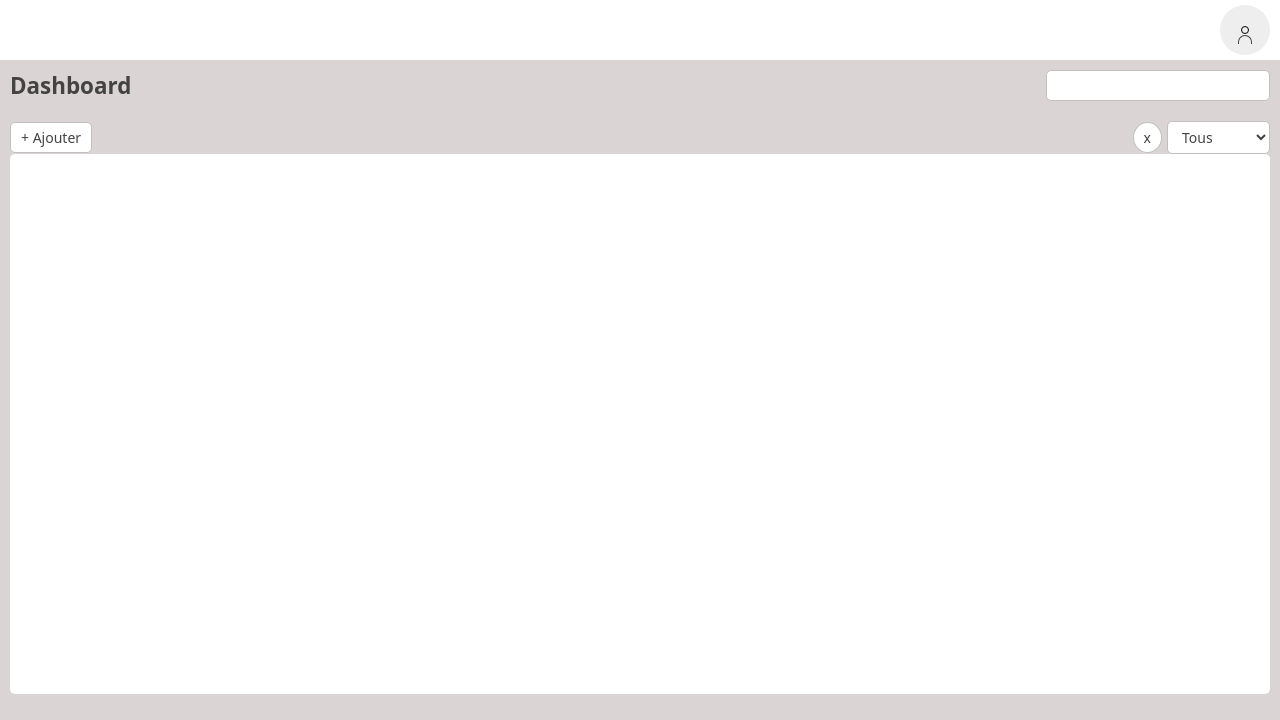
Repository: zpaulange/task_manager
Page: dashboard/index.html
An editor plug-in stored every save of this project. The page is shown before and after a run of saves, followed by the edit.
The browser window is 1280 px wide. The pictures show the whole page.

Above is the page before, as saved 2025-03-06 15:02:50.

### dashboard/index.html
<!DOCTYPE html>
<html lang="en">
<head>
    <meta charset="UTF-8">
    <meta name="viewport" content="width=device-width, initial-scale=1.0">
    <link rel="stylesheet" href="../assets/styles/dashboard/style.css">
    <title>Document</title>
</head>
<body>
  <section class="dashboard">
    <div class="dashboard_right">
      <nav class="dashbaord_nav">
        <a href="#" class="dashbaord_nav_avatar">
          <span></span>
        </a>
      </nav>
      <main class="main">
        <div class="main_header">
          <h1 class="main_header_title">Dashboard</h1>
          <input type="search" name="search" class=" main_header_search">
        </div>
        <div class="main_header_actions">
          <div class="main_header_actions_left">
            <button class="main_header_actions_btn">+ Ajouter</button>
          </div>
          <div class="main_header_actions_right">
            <button class="main_header_actions_right_btnDel">x</button>
            <select name="filter" class="main_header_actions_right_filter" id="">
              <option value="0">Tous</option>
              <option value="1">En cours</option>
              <option value="2">Annulés</option>
              <option value="3">Terminés</option>
            </select>
          </div>
        </div>
        <section class="box box-center">

        </section>
      </main>
    </div>
  </section>

</body>
</html>

### assets/styles/dashboard/style.css
*{
  margin:0;
  padding:0;
  box-sizing: border-box;
  position:relative;
  font-family: system-ui, sans-serif;
  font-size: 14px;
  color:#434343;
}
body{
  overflow-x: hidden;
}
a{
  text-decoration: none;
}
a:active, a:hover{
  color:#434343;
}
img{
  width: 100%;
  height: auto;
}
ul li{
  list-style: none;
}
input[type="search"],
input[type="text"],
input[type="date"]{
  padding:5px 10px;
  border-radius:5px;
  border:1px solid silver
}
input:focus, select:focus{
  outline: none;
}

.dashboard{
  min-height: 100vh;
  background-color: #dbd4d4;
}

.dashboard_right{
  min-height: 100vh;
}
.dashbaord_nav{
  background-color: #fff;
  padding:5px 10px;
  display: flex;
  align-items:center;
  justify-content: flex-end;
  z-index: 1000;
  position: sticky;
  top:0;
  left:0;
}
.dashbaord_nav_avatar{
  display: flex;
  align-items: center;
  justify-content: center;
  height:50px;
  width: 50px;
  border-radius:50%;
  background-color: #eee;

}
.dashbaord_nav_avatar span{
  display: inline-block;
  height: 8px;
  width: 8px;
  border-radius:50%;
  border:1px solid #000
}
.dashbaord_nav_avatar span:before{
  content:'';
  position: absolute;
  height: 8px;
  width: 12px;
  border:1px solid;
  left:50%;
  transform: translateX(-50%);
  top:8px;
  border-bottom: none;
  border-top-left-radius: 10px;
  border-top-right-radius: 10px;
}

.main{
  padding:10px;
}
.main_header_title{
  font-size: 1.6rem;
}
.box{
  min-height: calc(100vh - 180px);
  background-color: #fff;
  border-radius:5px;
  padding:10px;
}
.box.box-center{
  display: flex;
  align-items:center;
  justify-content: center;
}

.main_header{
  display: flex;
  justify-content: space-between;
  align-items:center;
  margin-bottom:20px;
}
.main_header_actions{
  display: flex;
  justify-content: space-between;
  align-items:center;
}
.main_header_actions_btn{
  padding:5px 10px;
  border-radius:5px;
  border:1px solid silver;
  background-color: #fff;
  cursor: pointer;
  transition: .2s;
}
.main_header_actions_btn:hover{
  background-color:blue;
  color:#fff;
}
.main_header_actions_right{
  display: flex;
  align-items:center;
  gap:5px;
}
.main_header_actions_right_btnDel{
  padding:5px 10px;
  border-radius:50%;
  border:1px solid silver;
  background-color: #fff;
  cursor: pointer;
  transition: .2s;
  cursor:pointer;
}
.main_header_actions_right_btnDel:hover{
  background-color:red;
  color:#fff;
}
.main_header_actions_right_filter{
  padding:5px 10px;
  border-radius:5px;
  border:1px solid silver;
  background-color: #fff;
}

After the next 2 saves:
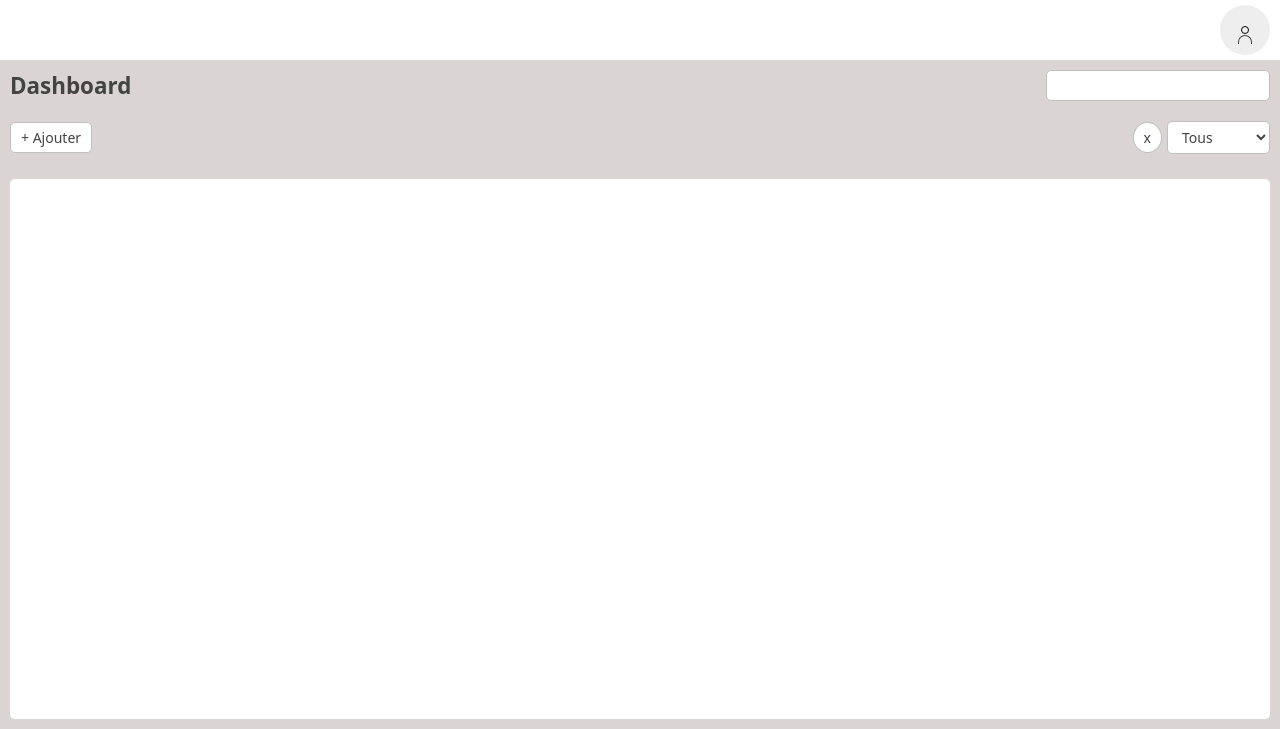
The 2 saves are shown as one change because they came seconds apart.
The last was saved 9 s later.
--- a/assets/styles/dashboard/style.css
+++ b/assets/styles/dashboard/style.css
@@ -95,6 +95,7 @@ input:focus, select:focus{
   background-color: #fff;
   border-radius:5px;
   padding:10px;
+  margin-top:25px
 }
 .box.box-center{
   display: flex;
